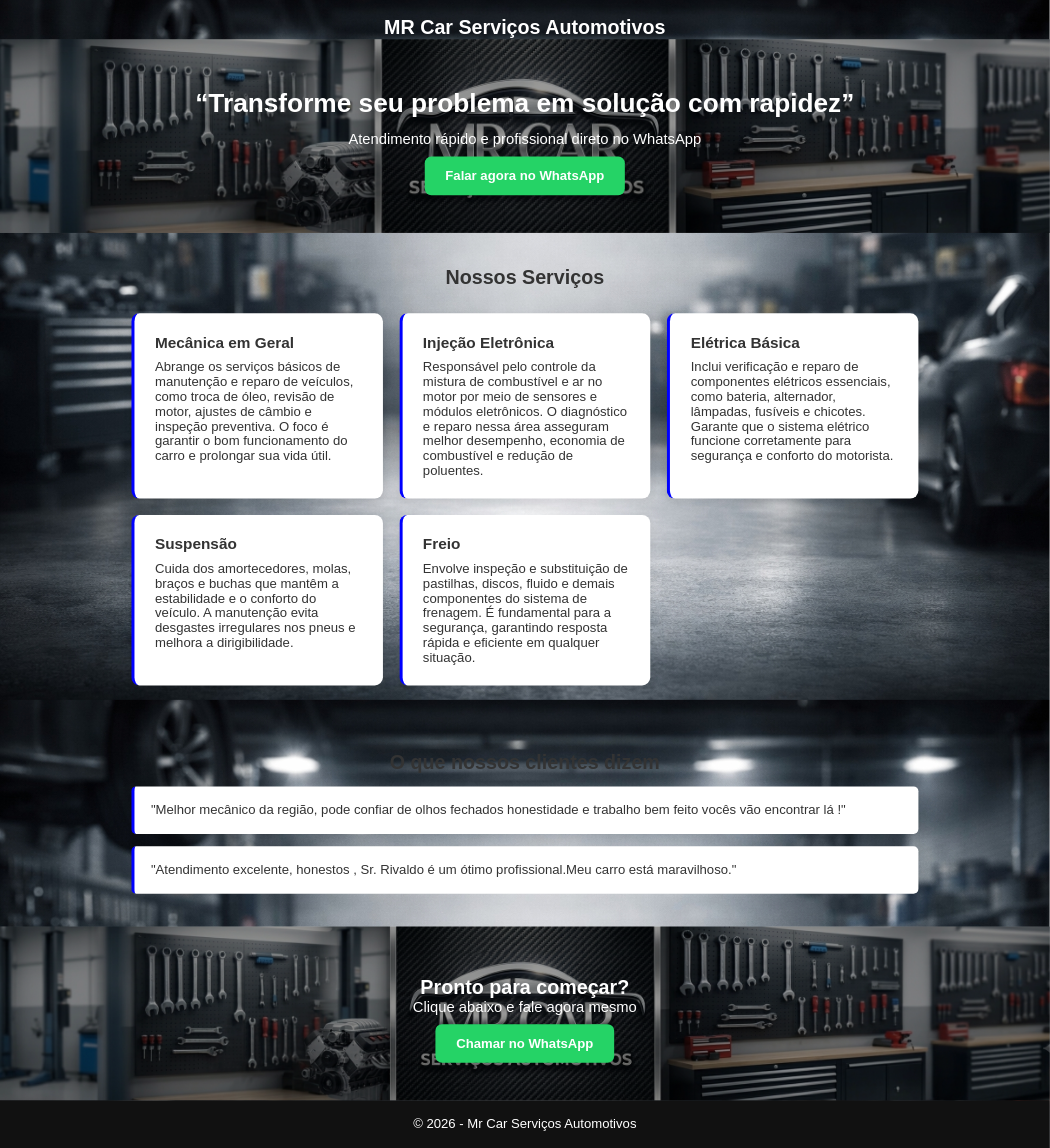
Repository: templaterj1991-Luiz/Main
Page: Template/index.html
These files come from the project's save history. The page is drawn as it stood at one moment and after the next save; the edit follows.
The browser window is 1280 px wide. The pictures show the whole page, at 82% of full size.
Backgrounds fixed to the window are drawn as part of the page.

Above is the page before, as saved 2026-06-06 13:53:47.

After the next save:
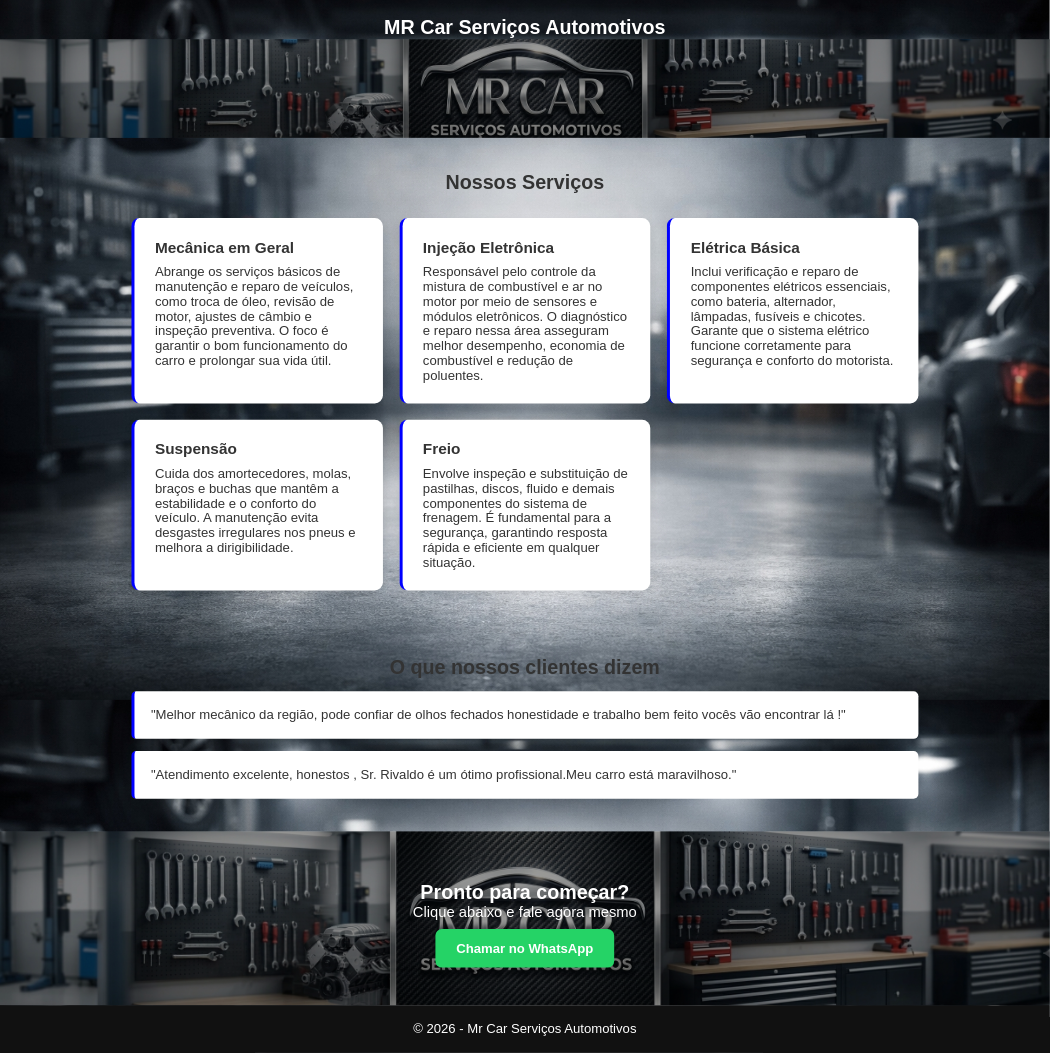
Saved 48 s later.
--- a/Template/index.html
+++ b/Template/index.html
@@ -112,9 +112,7 @@
         <h2>MR Car Serviços Automotivos</h2>
     </header>
     <section class="hero">
-        <h1>“Transforme seu problema em solução com rapidez”</h1>
-        <p>Atendimento rápido e profissional direto no WhatsApp</p> <a class="btn" href="https://wa.me/5521983543090"
-            target="_blank"> Falar agora no WhatsApp </a>
+
     </section>
     <section class="container">
         <h2 style="text-align:center; margin-bottom:30px;">Nossos Serviços</h2>
